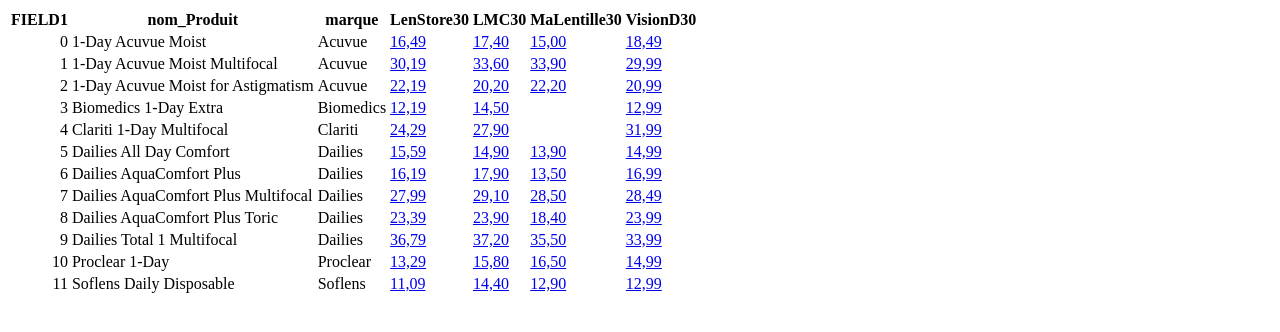
Repository: franklinliot/lenti
Page: data/ultime/ultime.html
The author's editor kept a copy of each file at every save. The page is drawn from the files as they stood at one save, then again after the next save.
The browser window is 1280 px wide. The pictures show the whole page.

Above is the page before, as saved 2021-06-17 15:20:03.

### data/ultime/ultime.html
<table id="myTable">
    <thead><tr><th title="Field #1">FIELD1</th>
    <th title="Field #2">nom_Produit</th>
    <th title="Field #3">marque</th>
    <th title="Field #4">LenStore30</th>
    <th title="Field #5">LMC30</th>
    <th title="Field #6">MaLentille30</th>
    <th title="Field #7">VisionD30</th>
    </tr></thead>
    <tbody><tr>
    <td align="right">0</td>
    <td>1-Day Acuvue Moist</td>
    <td>Acuvue</td>
    <td><a href="https://www.lenstore.fr/lentilles-de-contact/p13/1-day-acuvue-moist" rel="noopener noreferrer" target="_blank"><span class="u-price">16,49</span></a></td>
    <td><a href="https://www.lentillesmoinscheres.com/lentilles-de-contact/journalieres/lentilles-1-day-acuvue-moist-30.html" rel="noopener noreferrer" target="_blank">17,40</a></td>
    <td><a href="https://www.malentille.com/lentilles-de-contact-22/121-1-day-acuvue-moist-30.html" rel="noopener noreferrer" target="_blank">15,00</a></td>
    <td><a href="https://www.visiondirect.fr/1-day-acuvue-moist" rel="noopener noreferrer" target="_blank">18,49</a></td>
    </tr>
    <tr>
    <td align="right">1</td>
    <td>1-Day Acuvue Moist Multifocal</td>
    <td>Acuvue</td>
    <td><a href="https://www.lenstore.fr/lentilles-de-contact/p250/1-day-acuvue-moist-multifocal" rel="noopener noreferrer" target="_blank"><span class="u-price">30,19</span></a></td>
    <td><a href="https://www.lentillesmoinscheres.com/lentilles-de-contact/journalieres/lentilles-1-day-acuvue-moist-multifocal-30.html" rel="noopener noreferrer" target="_blank">33,60</a></td>
    <td><a href="https://www.malentille.com/lentilles-de-contact-22/267-1-day-acuvue-moist-multifocal-30.html" rel="noopener noreferrer" target="_blank">33,90</a></td>
    <td><a href="https://www.visiondirect.fr/1-day-acuvue-moist-multifocal" rel="noopener noreferrer" target="_blank">29,99</a></td>
    </tr>
    <tr>
    <td align="right">2</td>
    <td>1-Day Acuvue Moist for Astigmatism</td>
    <td>Acuvue</td>
    <td><a href="https://www.lenstore.fr/lentilles-de-contact/p106/1-day-acuvue-moist-for-astigmatism" rel="noopener noreferrer" target="_blank"><span class="u-price">22,19</span></a></td>
    <td><a href="https://www.lentillesmoinscheres.com/lentilles-de-contact/journalieres/lentilles-1-day-acuvue-moist-for-astigmatism-30.html" rel="noopener noreferrer" target="_blank">20,20</a></td>
    <td><a href="https://www.malentille.com/lentilles-de-contact-22/225-1-day-acuvue-moist-for-astigmatism.html" rel="noopener noreferrer" target="_blank">22,20</a></td>
    <td><a href="https://www.visiondirect.fr/1-day-acuvue-moist-for-astigmatism" rel="noopener noreferrer" target="_blank">20,99</a></td>
    </tr>
    <tr>
    <td align="right">3</td>
    <td>Biomedics 1-Day Extra</td>
    <td>Biomedics</td>
    <td><a href="https://www.lenstore.fr/lentilles-de-contact/p200/biomedics-1-day-extra" rel="noopener noreferrer" target="_blank"><span class="u-price">12,19</span></a></td>
    <td><a href="https://www.lentillesmoinscheres.com/lentilles-de-contact/journalieres/lentilles-biomedics-1-day-extra-30.html" rel="noopener noreferrer" target="_blank">14,50</a></td>
    <td> </td>
    <td><a href="https://www.visiondirect.fr/biomedics-1-day-extra" rel="noopener noreferrer" target="_blank">12,99</a></td>
    </tr>
    <tr>
    <td align="right">4</td>
    <td>Clariti 1-Day Multifocal</td>
    <td>Clariti</td>
    <td><a href="https://www.lenstore.fr/lentilles-de-contact/p217/clariti-1-day-multifocal" rel="noopener noreferrer" target="_blank"><span class="u-price">24,29</span></a></td>
    <td><a href="https://www.lentillesmoinscheres.com/lentilles-de-contact/journalieres/lentilles-clariti-1-day-multifocal-30.html" rel="noopener noreferrer" target="_blank">27,90</a></td>
    <td> </td>
    <td><a href="https://www.visiondirect.fr/clariti-1-day-multifocal" rel="noopener noreferrer" target="_blank">31,99</a></td>
    </tr>
    <tr>
    <td align="right">5</td>
    <td>Dailies All Day Comfort</td>
    <td>Dailies</td>
    <td><a href="https://www.lenstore.fr/lentilles-de-contact/p8/focus-dailies-all-day-comfort" rel="noopener noreferrer" target="_blank"><span class="u-price">15,59</span></a></td>
    <td><a href="https://www.lentillesmoinscheres.com/lentilles-de-contact/journalieres/lentilles-dailies-all-day-comfort-30.html" rel="noopener noreferrer" target="_blank">14,90</a></td>
    <td><a href="https://www.malentille.com/lentilles-de-contact-22/108-dailies-all-day-comfort-30-0630175475947.html" rel="noopener noreferrer" target="_blank">13,90</a></td>
    <td><a href="https://www.visiondirect.fr/focus-dailies-all-day-comfort" rel="noopener noreferrer" target="_blank">14,99</a></td>
    </tr>
    <tr>
    <td align="right">6</td>
    <td>Dailies AquaComfort Plus</td>
    <td>Dailies</td>
    <td><a href="https://www.lenstore.fr/lentilles-de-contact/p5/dailies-aquacomfort-plus" rel="noopener noreferrer" target="_blank"><span class="u-price">16,19</span></a></td>
    <td><a href="https://www.lentillesmoinscheres.com/lentilles-de-contact/journalieres/lentilles-dailies-aquacomfort-plus-30.html" rel="noopener noreferrer" target="_blank">17,90</a></td>
    <td><a href="https://www.malentille.com/lentilles-de-contact-22/183-dailies-aquacomfort-plus-30.html" rel="noopener noreferrer" target="_blank">13,50</a></td>
    <td><a href="https://www.visiondirect.fr/dailies-aquacomfort-plus" rel="noopener noreferrer" target="_blank">16,99</a></td>
    </tr>
    <tr>
    <td align="right">7</td>
    <td>Dailies AquaComfort Plus Multifocal</td>
    <td>Dailies</td>
    <td><a href="https://www.lenstore.fr/lentilles-de-contact/p234/dailies-aquacomfort-plus-multifocal" rel="noopener noreferrer" target="_blank"><span class="u-price">27,99</span></a></td>
    <td><a href="https://www.lentillesmoinscheres.com/lentilles-de-contact/journalieres/lentilles-dailies-aquacomfort-plus-multifocal-30.html" rel="noopener noreferrer" target="_blank">29,10</a></td>
    <td><a href="https://www.malentille.com/lentilles-de-contact-22/255-dailies-aquacomfort-plus-multifocal.html" rel="noopener noreferrer" target="_blank">28,50</a></td>
    <td><a href="https://www.visiondirect.fr/dailies-aquacomfort-plus-multifocal" rel="noopener noreferrer" target="_blank">28,49</a></td>
    </tr>
    <tr>
    <td align="right">8</td>
    <td>Dailies AquaComfort Plus Toric</td>
    <td>Dailies</td>
    <td><a href="https://www.lenstore.fr/lentilles-de-contact/p233/dailies-aquacomfort-plus-toric" rel="noopener noreferrer" target="_blank"><span class="u-price">23,39</span></a></td>
    <td><a href="https://www.lentillesmoinscheres.com/lentilles-de-contact/journalieres/lentilles-dailies-aquacomfort-plus-toric-30.html" rel="noopener noreferrer" target="_blank">23,90</a></td>
    <td><a href="https://www.malentille.com/lentilles-de-contact-22/268-dailies-aquacomfort-plus-toric-30-lentiles.html" rel="noopener noreferrer" target="_blank">18,40</a></td>
    <td><a href="https://www.visiondirect.fr/dailies-aquacomfort-plus-toric" rel="noopener noreferrer" target="_blank">23,99</a></td>
    </tr>
    <tr>
    <td align="right">9</td>
    <td>Dailies Total 1 Multifocal</td>
    <td>Dailies</td>
    <td><a href="https://www.lenstore.fr/lentilles-de-contact/p457/dailies-total-1-multifocal" rel="noopener noreferrer" target="_blank"><span class="u-price">36,79</span></a></td>
    <td><a href="https://www.lentillesmoinscheres.com/lentilles-de-contact/journalieres/lentilles-dailies-total-1-multifocal-30.html" rel="noopener noreferrer" target="_blank">37,20</a></td>
    <td><a href="https://www.malentille.com/lentilles-de-contact-22/346-dailies-total-1-multifocal-30-lentille-0846566846375.html" rel="noopener noreferrer" target="_blank">35,50</a></td>
    <td><a href="https://www.visiondirect.fr/dailies-total-1-multifocal" rel="noopener noreferrer" target="_blank">33,99</a></td>
    </tr>
    <tr>
    <td align="right">10</td>
    <td>Proclear 1-Day</td>
    <td>Proclear</td>
    <td><a href="https://www.lenstore.fr/lentilles-de-contact/p60/proclear-1-day" rel="noopener noreferrer" target="_blank"><span class="u-price">13,29</span></a></td>
    <td><a href="https://www.lentillesmoinscheres.com/lentilles-de-contact/journalieres/lentilles-proclear-1-day-30.html" rel="noopener noreferrer" target="_blank">15,80</a></td>
    <td><a href="https://www.malentille.com/lentilles-de-contact-22/188-proclear-1-day-30.html" rel="noopener noreferrer" target="_blank">16,50</a></td>
    <td><a href="https://www.visiondirect.fr/proclear-1-day" rel="noopener noreferrer" target="_blank">14,99</a></td>
    </tr>
    <tr>
    <td align="right">11</td>
    <td>Soflens Daily Disposable</td>
    <td>Soflens</td>
    <td><a href="https://www.lenstore.fr/lentilles-de-contact/p1/soflens-daily-disposable" rel="noopener noreferrer" target="_blank"><span class="u-price">11,09</span></a></td>
    <td><a href="https://www.lentillesmoinscheres.com/lentilles-de-contact/journalieres/lentilles-soflens-daily-disposable-30.html" rel="noopener noreferrer" target="_blank">14,40</a></td>
    <td><a href="https://www.malentille.com/lentilles-de-contact-22/107-soflens-daily-disposable-30-0785810728497.html" rel="noopener noreferrer" target="_blank">12,90</a></td>
    <td><a href="https://www.visiondirect.fr/soflens-daily-disposable" rel="noopener noreferrer" target="_blank">12,99</a></td>
    </tr>
    </tbody></table>

After the next save:
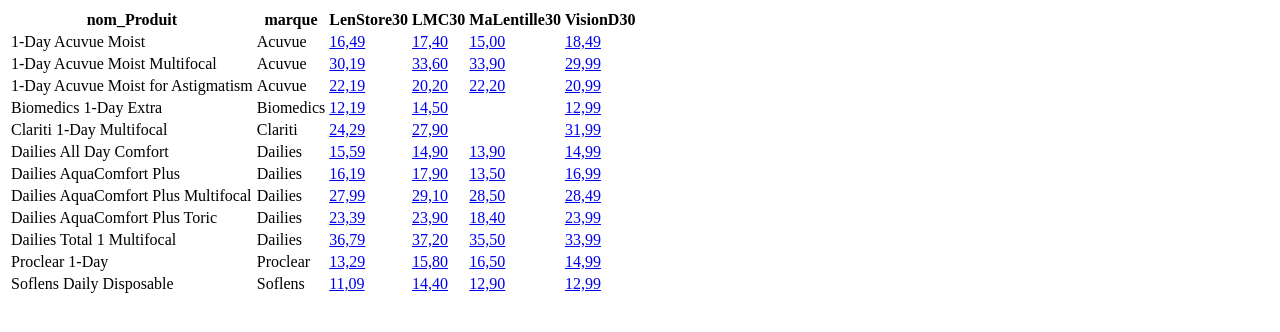
Saved 9 min 6 s later.
--- a/data/ultime/ultime.html
+++ b/data/ultime/ultime.html
@@ -1,14 +1,12 @@
 <table id="myTable">
-    <thead><tr><th title="Field #1">FIELD1</th>
-    <th title="Field #2">nom_Produit</th>
-    <th title="Field #3">marque</th>
-    <th title="Field #4">LenStore30</th>
-    <th title="Field #5">LMC30</th>
-    <th title="Field #6">MaLentille30</th>
-    <th title="Field #7">VisionD30</th>
+  <thead><tr><th title="Field #1">nom_Produit</th>
+    <th title="Field #2">marque</th>
+    <th title="Field #3">LenStore30</th>
+    <th title="Field #4">LMC30</th>
+    <th title="Field #5">MaLentille30</th>
+    <th title="Field #6">VisionD30</th>
     </tr></thead>
     <tbody><tr>
-    <td align="right">0</td>
     <td>1-Day Acuvue Moist</td>
     <td>Acuvue</td>
     <td><a href="https://www.lenstore.fr/lentilles-de-contact/p13/1-day-acuvue-moist" rel="noopener noreferrer" target="_blank"><span class="u-price">16,49</span></a></td>
@@ -17,7 +15,6 @@
     <td><a href="https://www.visiondirect.fr/1-day-acuvue-moist" rel="noopener noreferrer" target="_blank">18,49</a></td>
     </tr>
     <tr>
-    <td align="right">1</td>
     <td>1-Day Acuvue Moist Multifocal</td>
     <td>Acuvue</td>
     <td><a href="https://www.lenstore.fr/lentilles-de-contact/p250/1-day-acuvue-moist-multifocal" rel="noopener noreferrer" target="_blank"><span class="u-price">30,19</span></a></td>
@@ -26,7 +23,6 @@
     <td><a href="https://www.visiondirect.fr/1-day-acuvue-moist-multifocal" rel="noopener noreferrer" target="_blank">29,99</a></td>
     </tr>
     <tr>
-    <td align="right">2</td>
     <td>1-Day Acuvue Moist for Astigmatism</td>
     <td>Acuvue</td>
     <td><a href="https://www.lenstore.fr/lentilles-de-contact/p106/1-day-acuvue-moist-for-astigmatism" rel="noopener noreferrer" target="_blank"><span class="u-price">22,19</span></a></td>
@@ -35,7 +31,6 @@
     <td><a href="https://www.visiondirect.fr/1-day-acuvue-moist-for-astigmatism" rel="noopener noreferrer" target="_blank">20,99</a></td>
     </tr>
     <tr>
-    <td align="right">3</td>
     <td>Biomedics 1-Day Extra</td>
     <td>Biomedics</td>
     <td><a href="https://www.lenstore.fr/lentilles-de-contact/p200/biomedics-1-day-extra" rel="noopener noreferrer" target="_blank"><span class="u-price">12,19</span></a></td>
@@ -44,7 +39,6 @@
     <td><a href="https://www.visiondirect.fr/biomedics-1-day-extra" rel="noopener noreferrer" target="_blank">12,99</a></td>
     </tr>
     <tr>
-    <td align="right">4</td>
     <td>Clariti 1-Day Multifocal</td>
     <td>Clariti</td>
     <td><a href="https://www.lenstore.fr/lentilles-de-contact/p217/clariti-1-day-multifocal" rel="noopener noreferrer" target="_blank"><span class="u-price">24,29</span></a></td>
@@ -53,7 +47,6 @@
     <td><a href="https://www.visiondirect.fr/clariti-1-day-multifocal" rel="noopener noreferrer" target="_blank">31,99</a></td>
     </tr>
     <tr>
-    <td align="right">5</td>
     <td>Dailies All Day Comfort</td>
     <td>Dailies</td>
     <td><a href="https://www.lenstore.fr/lentilles-de-contact/p8/focus-dailies-all-day-comfort" rel="noopener noreferrer" target="_blank"><span class="u-price">15,59</span></a></td>
@@ -62,7 +55,6 @@
     <td><a href="https://www.visiondirect.fr/focus-dailies-all-day-comfort" rel="noopener noreferrer" target="_blank">14,99</a></td>
     </tr>
     <tr>
-    <td align="right">6</td>
     <td>Dailies AquaComfort Plus</td>
     <td>Dailies</td>
     <td><a href="https://www.lenstore.fr/lentilles-de-contact/p5/dailies-aquacomfort-plus" rel="noopener noreferrer" target="_blank"><span class="u-price">16,19</span></a></td>
@@ -71,7 +63,6 @@
     <td><a href="https://www.visiondirect.fr/dailies-aquacomfort-plus" rel="noopener noreferrer" target="_blank">16,99</a></td>
     </tr>
     <tr>
-    <td align="right">7</td>
     <td>Dailies AquaComfort Plus Multifocal</td>
     <td>Dailies</td>
     <td><a href="https://www.lenstore.fr/lentilles-de-contact/p234/dailies-aquacomfort-plus-multifocal" rel="noopener noreferrer" target="_blank"><span class="u-price">27,99</span></a></td>
@@ -80,7 +71,6 @@
     <td><a href="https://www.visiondirect.fr/dailies-aquacomfort-plus-multifocal" rel="noopener noreferrer" target="_blank">28,49</a></td>
     </tr>
     <tr>
-    <td align="right">8</td>
     <td>Dailies AquaComfort Plus Toric</td>
     <td>Dailies</td>
     <td><a href="https://www.lenstore.fr/lentilles-de-contact/p233/dailies-aquacomfort-plus-toric" rel="noopener noreferrer" target="_blank"><span class="u-price">23,39</span></a></td>
@@ -89,7 +79,6 @@
     <td><a href="https://www.visiondirect.fr/dailies-aquacomfort-plus-toric" rel="noopener noreferrer" target="_blank">23,99</a></td>
     </tr>
     <tr>
-    <td align="right">9</td>
     <td>Dailies Total 1 Multifocal</td>
     <td>Dailies</td>
     <td><a href="https://www.lenstore.fr/lentilles-de-contact/p457/dailies-total-1-multifocal" rel="noopener noreferrer" target="_blank"><span class="u-price">36,79</span></a></td>
@@ -98,7 +87,6 @@
     <td><a href="https://www.visiondirect.fr/dailies-total-1-multifocal" rel="noopener noreferrer" target="_blank">33,99</a></td>
     </tr>
     <tr>
-    <td align="right">10</td>
     <td>Proclear 1-Day</td>
     <td>Proclear</td>
     <td><a href="https://www.lenstore.fr/lentilles-de-contact/p60/proclear-1-day" rel="noopener noreferrer" target="_blank"><span class="u-price">13,29</span></a></td>
@@ -107,7 +95,6 @@
     <td><a href="https://www.visiondirect.fr/proclear-1-day" rel="noopener noreferrer" target="_blank">14,99</a></td>
     </tr>
     <tr>
-    <td align="right">11</td>
     <td>Soflens Daily Disposable</td>
     <td>Soflens</td>
     <td><a href="https://www.lenstore.fr/lentilles-de-contact/p1/soflens-daily-disposable" rel="noopener noreferrer" target="_blank"><span class="u-price">11,09</span></a></td>
